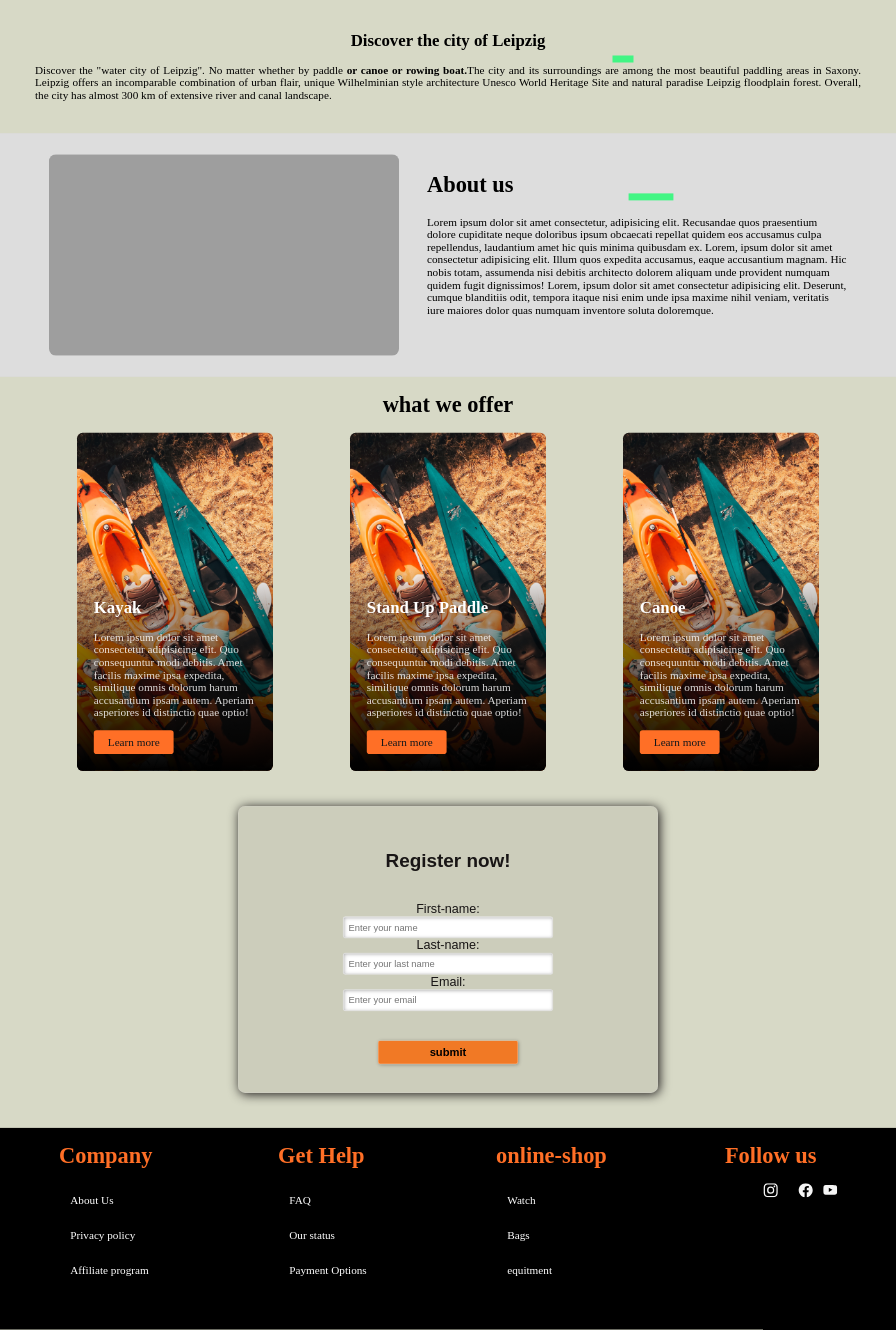
Repository: joseluis2289/Responsive-club-website
Page: index.html
An editor plug-in stored every save of this project. The page is shown before and after the next save, followed by the edit.
The browser window is 1280 px wide. The pictures show the part of the page from y = 796 to 2696 px (the page is 2696 px tall), at 70% of full size.
Pictures or frames that could not be fetched are drawn as grey boxes. Some web fonts or font styles are not loaded; a fallback is used.

Above is the page before, as saved 2021-08-25 00:33:29.

After the next save:
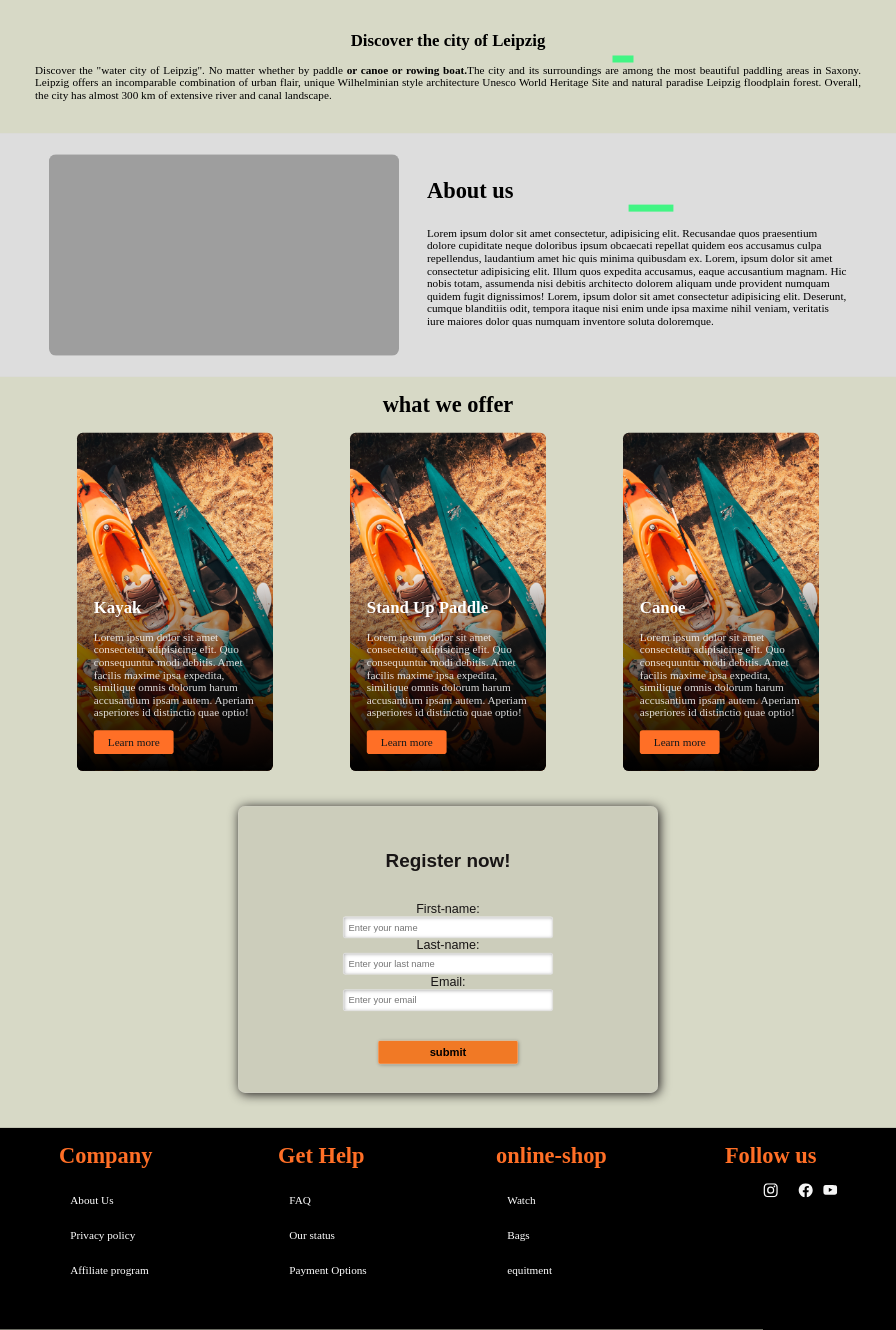
Saved 79 s later.
--- a/style.css
+++ b/style.css
@@ -161,7 +161,7 @@ color: #000;
 text-decoration: none;
 border: 0;
 margin: 0.5rem 0;
-line-height: 1.4;
+line-height: 1.9;
 display: block;
 position: relative;
 }
